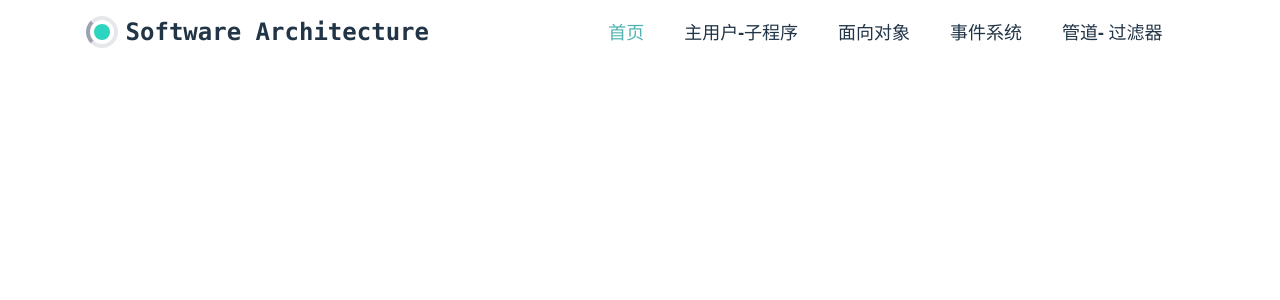
Repository: MarchRory/software_architecture_lab2
Page: / (app in lab2/)
The author's editor kept a copy of each file at every save. The page is drawn from the files as they stood at one save, then again after the next save.
The browser window is 1280 px wide. The pictures show the whole page.
The project was rebuilt for these pictures with package versions that can differ from the ones it lists, and the page was loaded fresh each time. Also part of the build but not shown: lab2/vite.config.ts. Imported but missing from the stored project, and not drawn on this page: lab2/src/views/OOP/index.vue, lab2/src/views/PipFilter/index.vue, lab2/src/views/eventsSys/index.vue, lab2/src/views/mainChild/index.vue.

Above is the page before, as saved 2023-11-16 13:28:12.

After the next save:
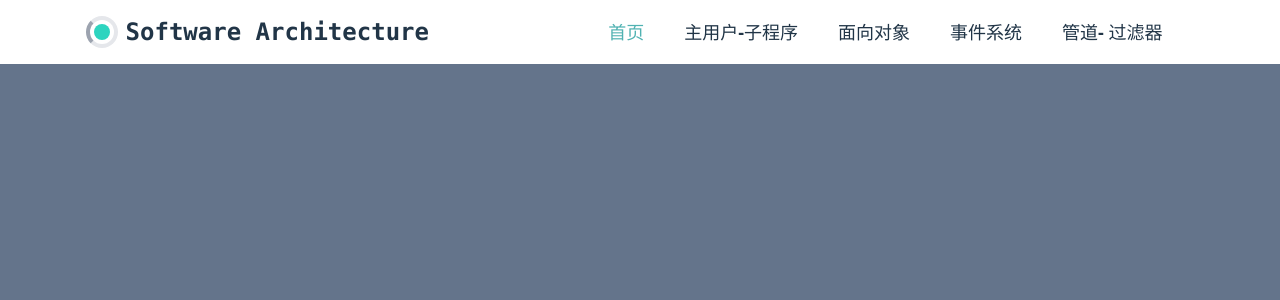
Saved 6 s later.
--- a/lab2/src/layout/Main.vue
+++ b/lab2/src/layout/Main.vue
@@ -1,7 +1,7 @@
 <script setup lang="ts"></script>
 
 <template>
-	<div class="w-full h-auto overflow-auto px-36" style="padding-top: 20px">
+	<div class="w-full h-auto overflow-auto px-36 bg-slate-500" style="padding-top: 20px">
 		<router-view></router-view>
 	</div>
 </template>

After the 5 saves that followed:
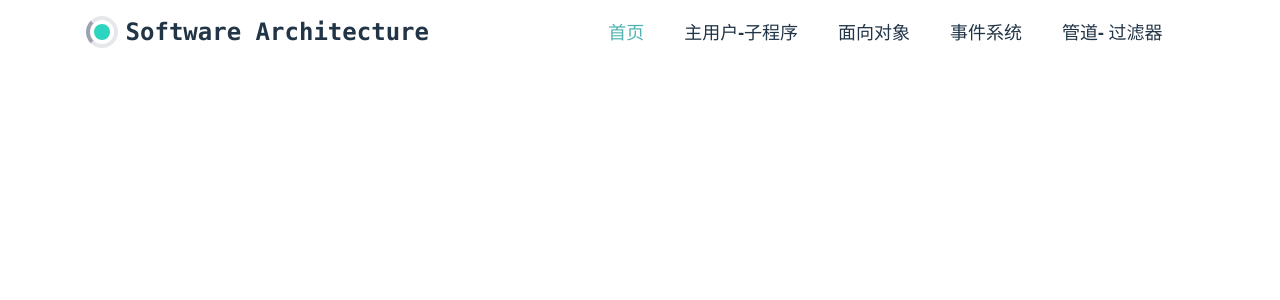
The 5 saves are shown as one change because 4 left the picture as it was.
The last was saved 97 s later.
--- a/lab2/src/layout/Main.vue
+++ b/lab2/src/layout/Main.vue
@@ -1,7 +1,7 @@
 <script setup lang="ts"></script>
 
 <template>
-	<div class="w-full h-auto overflow-auto px-36 bg-slate-500" style="padding-top: 20px">
+	<div class="w-full h-auto px-56 pt-4 overflow-auto">
 		<router-view></router-view>
 	</div>
 </template>
